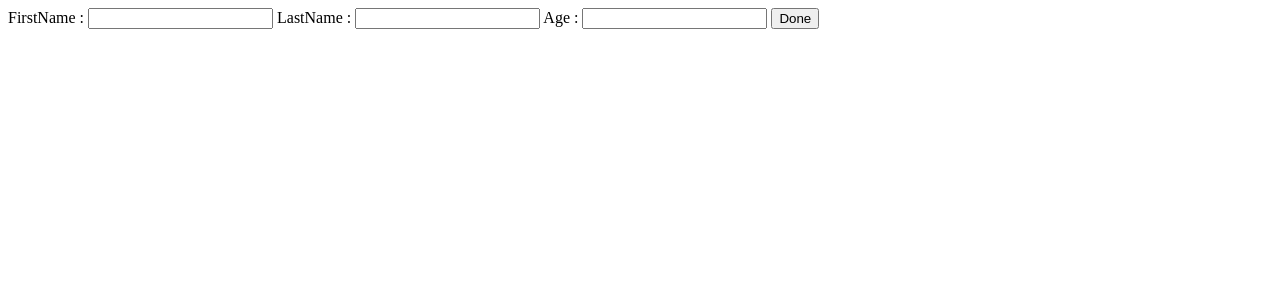
Repository: rahmi45/Spring-MVC
Page: http://localhost/Spring-MVC/studentMvcTags/accountMvcTags
The author's editor kept a copy of each file at every save. The page is drawn from the files as they stood at one save, then again after the next save.
The browser window is 1280 px wide. The pictures show the whole page.
The page is served by Tomcat 9. Other server files are loaded and not shown.

Above is the page before, as saved 2022-01-14 18:47:20.

### Spring-MVC/WebContent/WEB-INF/view/student-front-mvc-tags/studentAccount.jsp
<%@ page language="java" contentType="text/html; charset=ISO-8859-1"
    pageEncoding="ISO-8859-1"%>
	<%@ taglib prefix="f" uri="http://www.springframework.org/tags/form" %>
<!DOCTYPE html>
<html>
<head>
<meta charset="ISO-8859-1">
<title>Student Account</title>
</head>
<body>
	<f:form action="processMvcTags" modelAttribute="student">
		FirstName : <f:input path="firstName"/>
		LastName  : <f:input path="lastName"/>
		Age       : <f:input path="age"/>
		<input type="submit" value="Done"/>
	</f:form>
</body>
</html>

After the next save:
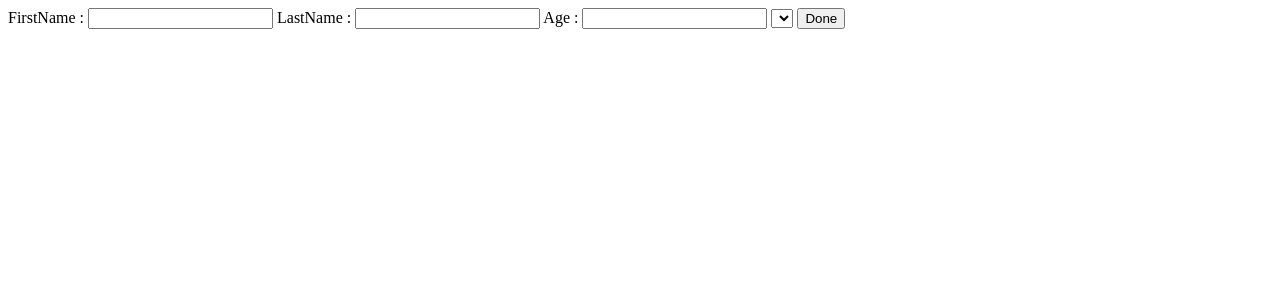
Saved 57 s later.
--- a/Spring-MVC/WebContent/WEB-INF/view/student-front-mvc-tags/studentAccount.jsp
+++ b/Spring-MVC/WebContent/WEB-INF/view/student-front-mvc-tags/studentAccount.jsp
@@ -12,6 +12,11 @@
 		FirstName : <f:input path="firstName"/>
 		LastName  : <f:input path="lastName"/>
 		Age       : <f:input path="age"/>
+		<select>
+			<option value="Maroc">
+			<option value="France">
+			<option value="Tunisie">
+		</select>
 		<input type="submit" value="Done"/>
 	</f:form>
 </body>
